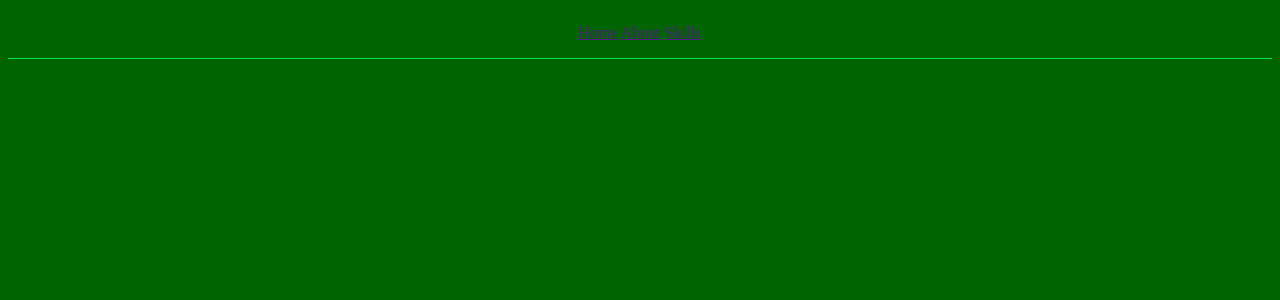
Repository: ofcoy/ofcoy
Page: index.html
An editor plug-in stored every save of this project. The page is shown before and after the next save, followed by the edit.
The browser window is 1280 px wide. The pictures show the whole page.

Above is the page before, as saved 2026-04-22 14:12:13.

### index.html
<!doctype html>
<html lang="en">
  <head>
    <meta charset="UTF-8" />
    <meta name="viewport" content="width=device-width, initial-scale=1.0" />
    <title>My page</title>
    <link rel="stylesheet" href="/styles/globals.css" />
    <link rel="stylesheet" href="/styles/index.css" />
  </head>
  <div class="Nav-Bar">
    <nav>
      <a href="">Home</a>
      <a href="">About</a>
      <a href="">Skills</a>
    </nav>
  </div>

  <body>
    <section id="home"></section>
    <section id="about"></section>
    <section id="skills"></section>
    <h1></h1>
  </body>
</html>

### styles/globals.css
body {
  background-color: darkgreen;
}

### styles/index.css
.Nav-Bar {
  display: flex;
  justify-content: center;
  gap: 3rem;
  padding: 1rem;
  border-bottom: 1px solid #04e644;
}
.section {
}
.home {
}

After the next save:
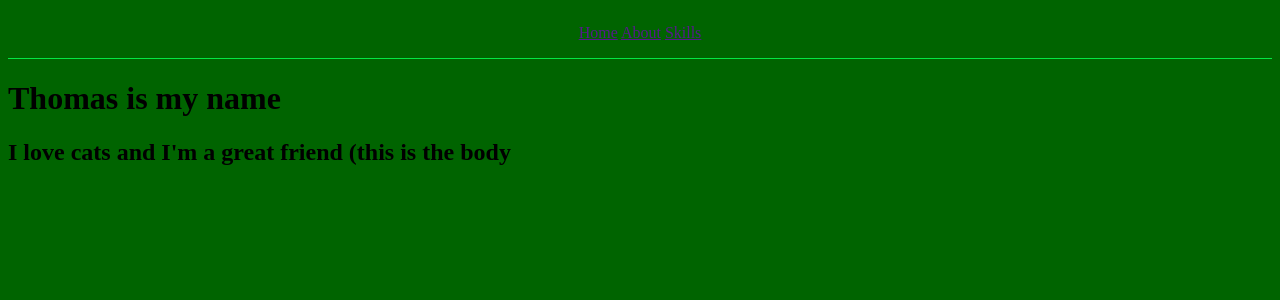
Saved 88 s later.
--- a/index.html
+++ b/index.html
@@ -14,11 +14,11 @@
       <a href="">Skills</a>
     </nav>
   </div>
-
   <body>
     <section id="home"></section>
     <section id="about"></section>
     <section id="skills"></section>
-    <h1></h1>
+    <h1>Thomas is my name </h1>
+    <h2>I love cats and I'm a great friend (this is the body </h2>
   </body>
 </html>
